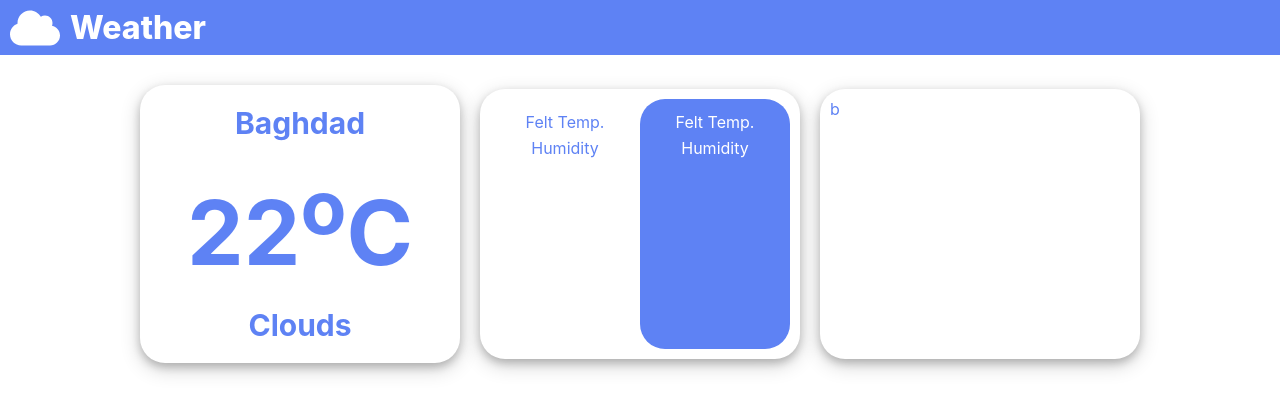
Repository: ahmedazawi/weather-app
Page: /
An editor plug-in stored every save of this project. The page is shown before and after the next save, followed by the edit.
The browser window is 1280 px wide. The pictures show the whole page.
The project was rebuilt for these pictures with package versions that can differ from the ones it lists, and the page was loaded fresh each time.

Above is the page before, as saved 2022-11-29 21:55:26.

### src/App.js
import "./App.css";
import Header from "./layout/Header";
import Details from "./components/Details";
function App() {
  return (
    <div className="App">
      <Header />
      <Details />
    </div>
  );
}

export default App;

### src/App.css
body {
  --primaryColor: #5e82f4;
  --borderRadius: 25px;
}

.nav {
  display: flex;
  align-items: center;
  height: 55px;
  background-color: var(--primaryColor);
}

### src/layout/Header.js
import React from "react";
import { FontAwesomeIcon } from "@fortawesome/react-fontawesome";
import { faCloud } from "@fortawesome/free-solid-svg-icons";
const Header = () => {
  return (
    <div className="nav">
      <div>
        <FontAwesomeIcon
          className="f-icon"
          icon={faCloud}
          color="White"
          style={{ marginLeft: "10px", fontSize: "40px" }}
        />
      </div>

      <h1 style={{ color: "white", marginLeft: "10px", fontWeight: "800" }}>
        Weather
      </h1>
    </div>
  );
};

export default Header;

### src/components/Details.js
import React from "react";
import "../assets/css/details.css";
const Details = () => {
  return (
    <div className="main">
      <div className="big-cards">
        <div>
          <div>Baghdad</div>
          <div
            style={{
              fontSize: "90px",
            }}
          >
            22<sup>o</sup>C
          </div>
          <div>Clouds</div>
        </div>
        <div>
          <div className="line-a">
            <span>Felt Temp.</span>
            <span>Humidity</span>
          </div>
          <div className="line-b">
            <span>Felt Temp.</span>
            <span>Humidity</span>
          </div>
        </div>
        <div>b</div>
      </div>
    </div>
  );
};

export default Details;

### src/assets/css/details.css
.main {
  width: 100%;
  display: flex;
  flex-direction: column;
}

.big-cards {
  width: 100%;
  min-height: fit-content;
  display: flex;
  flex-direction: row;
  flex-wrap: wrap;
  gap: 20px;
  align-items: center;
  justify-content: center;
  margin-top: 30px;
  color: var(--primaryColor);
}
.big-cards > div {
  width: 300px;
  height: 250px;
  background-color: white;
  padding: 10px;
  border-radius: var(--borderRadius);
  box-shadow: 0 4px 8px 0 rgba(0, 0, 0, 0.2), 0 6px 20px 0 rgba(0, 0, 0, 0.19);
}
.big-cards > div:first-child {
  display: flex;
  flex-direction: column;
  align-items: center;

  height: 100%;
}
.big-cards > div:first-child > div {
  font-size: 30px;
  font-weight: bold;
  margin: 10px 0;
}
.big-cards > div:nth-child(2) {
  display: flex;
  flex-direction: row;
  justify-content: space-between;
}
.big-cards > div:nth-child(2) > div {
  display: flex;
  flex-direction: column;
  align-items: center;
  padding: 10px;
  width: 50%;
}
.big-cards > div:nth-child(2) > div > span {
  margin: 3px 0;
}

.line-b {
  color: white;
  background-color: var(--primaryColor);
  border-radius: var(--borderRadius);
}

Loaded but not shown: public/index.html (common file); src/index.js (common file); src/index.css (common file)

After the next save:
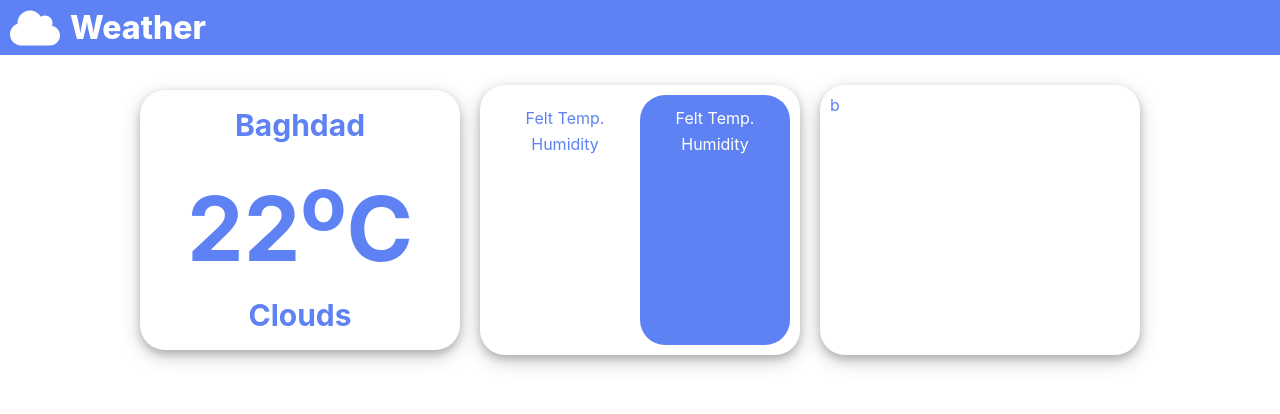
Saved 12 s later.
--- a/src/assets/css/details.css
+++ b/src/assets/css/details.css
@@ -34,7 +34,7 @@
 .big-cards > div:first-child > div {
   font-size: 30px;
   font-weight: bold;
-  margin: 10px 0;
+  margin: 7px 0;
 }
 .big-cards > div:nth-child(2) {
   display: flex;
